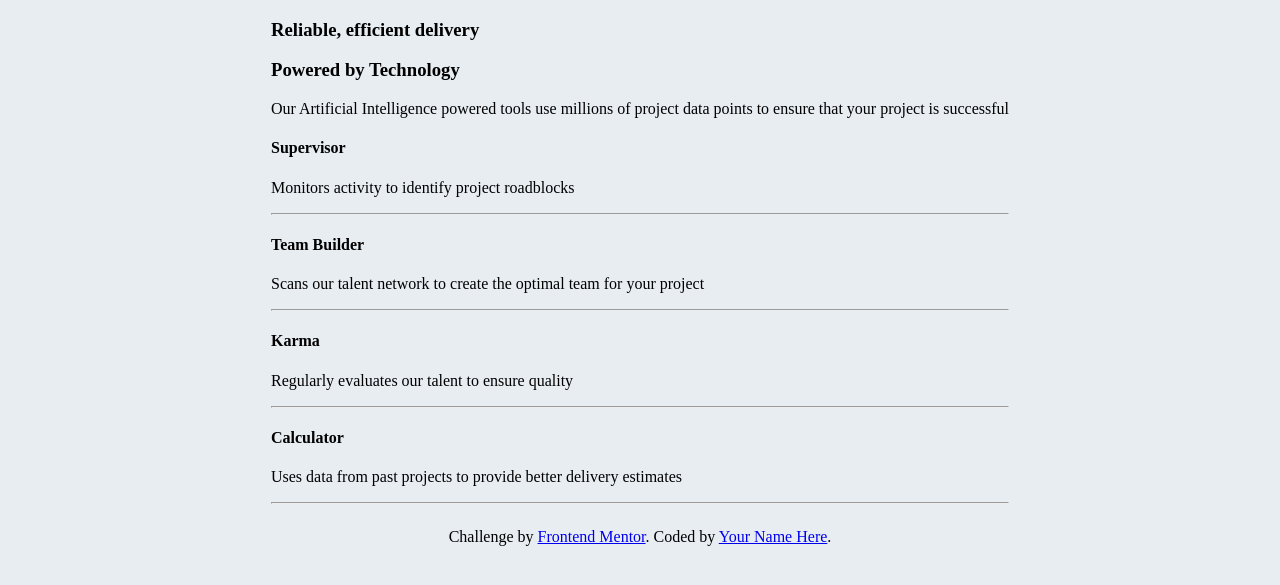
Repository: AngelaMwelu/four-card-page
Page: index.html
These files come from the project's save history. The page is drawn as it stood at one moment and after a run of saves; the edit follows.
The browser window is 1280 px wide. The pictures show the whole page.

Above is the page before, as saved 2025-05-15 15:36:28.

After the next 2 saves:
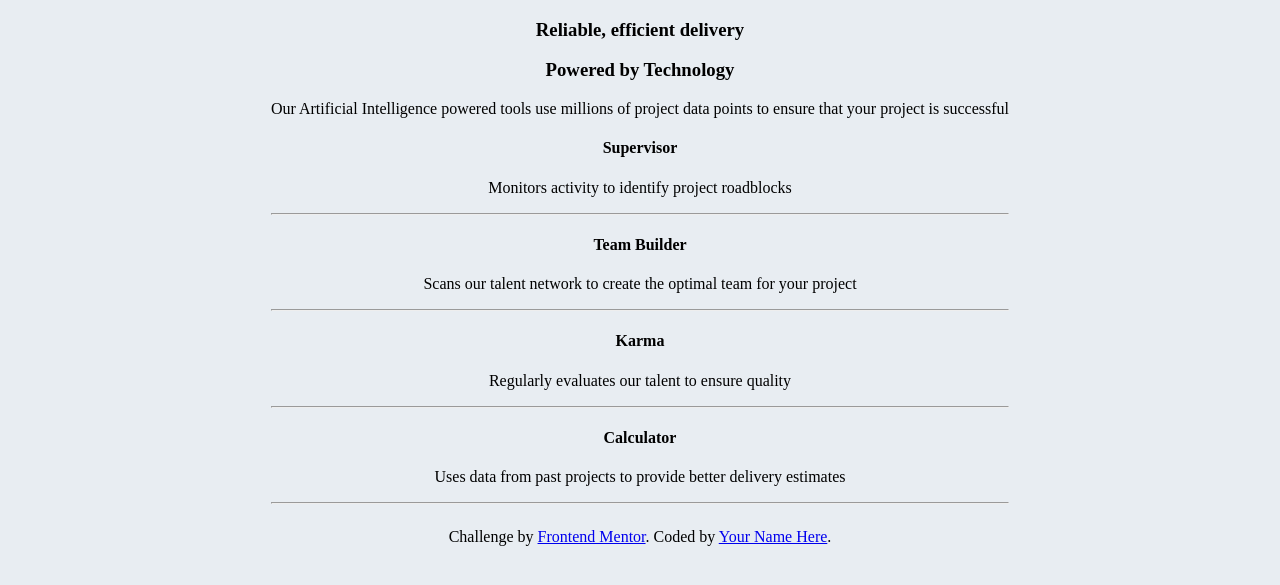
The 2 saves are shown as one change because they came seconds apart.
The last was saved 8 s later.
--- a/style.css
+++ b/style.css
@@ -7,7 +7,7 @@ body{
     min-height: 100hv;
     box-sizing:border-box;
     margin: 0;
-    text-align
+    text-align: center;
 }
 
 .card {
